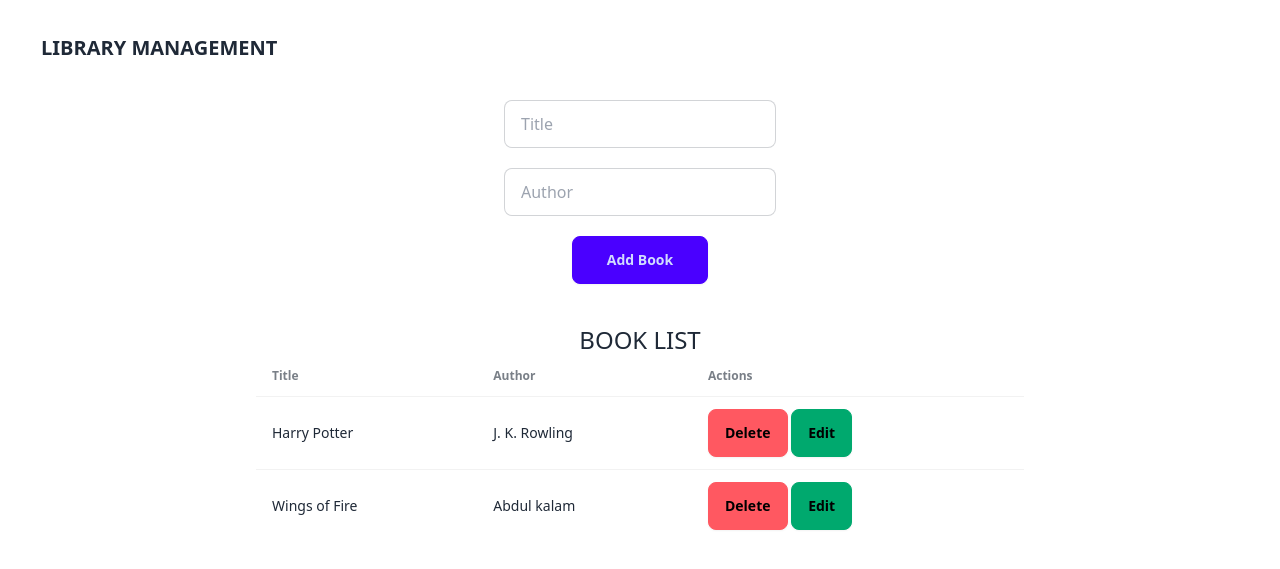
Repository: sibi24sibi/Crud-app-svelte
Page: /
These files come from the project's save history. The page is drawn as it stood at one moment and after the next save; the edit follows.
The browser window is 1280 px wide. The pictures show the whole page.
The project was rebuilt for these pictures with package versions that can differ from the ones it lists, and the page was loaded fresh each time. Also part of the build but not shown: svelte.config.js, vite.config.js.

Above is the page before, as saved 2024-07-01 16:42:05.

After the next save:
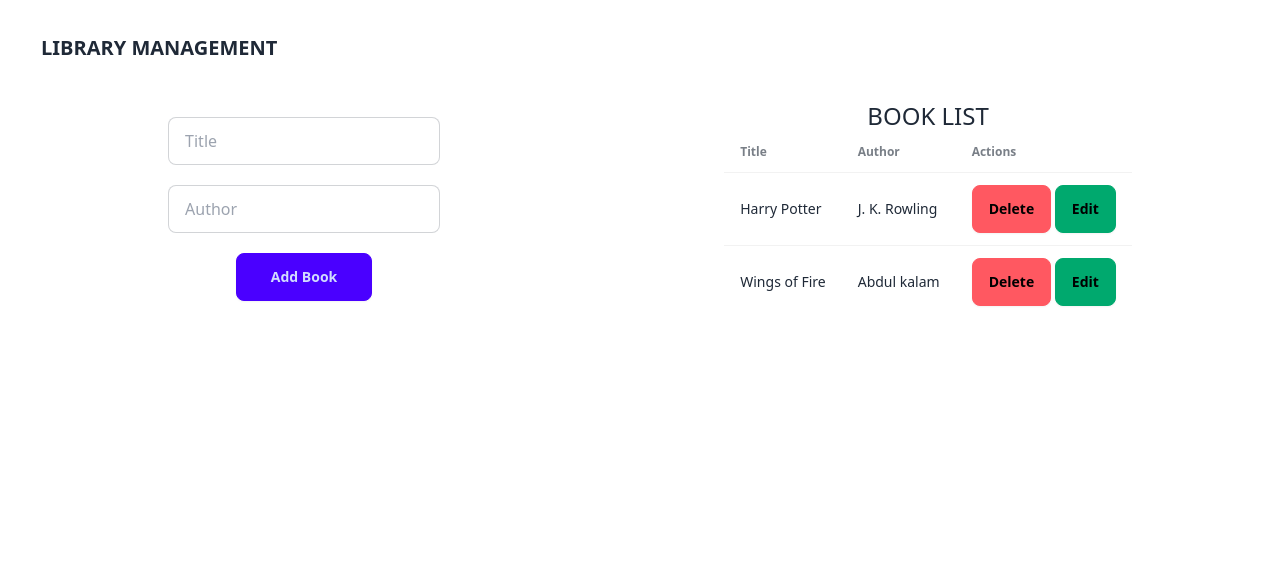
Saved 44 s later.
--- a/src/App.svelte
+++ b/src/App.svelte
@@ -7,9 +7,10 @@
 
 <main>
   <Navbar />
-
-  <AddBook />
-  <BookList />
+  <div class="flex">
+    <AddBook />
+    <BookList />
+  </div>
 </main>
 
 <style>
